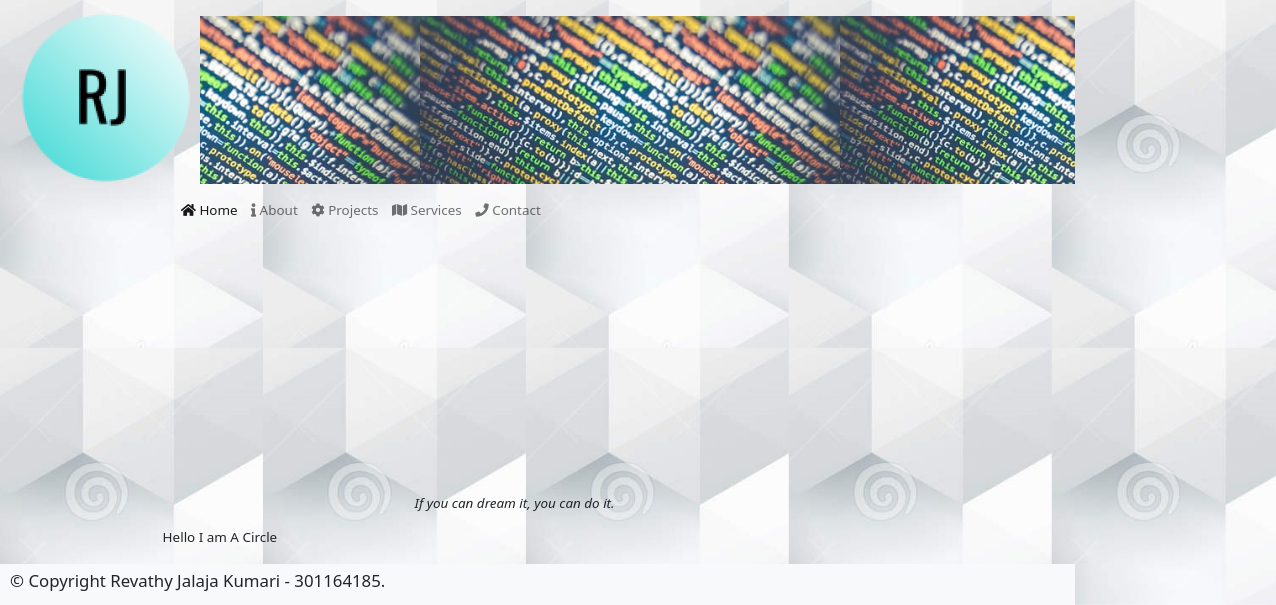
Repository: RevathyJK/Portfolio
Page: http://localhost/
The author's editor kept a copy of each file at every save. The page is drawn from the files as they stood at one save, then again after the next save.
The browser window is 1280 px wide. The page is 1519 px wide, so the pictures cover 1519 px, including what lies to the right of the window. The pictures show the whole page, at 84% of full size.
Backgrounds fixed to the window are drawn as part of the page. The page is served by the project's Node server (server.js).

Above is the page before, as saved 2021-10-01 18:09:45.

After the next save:
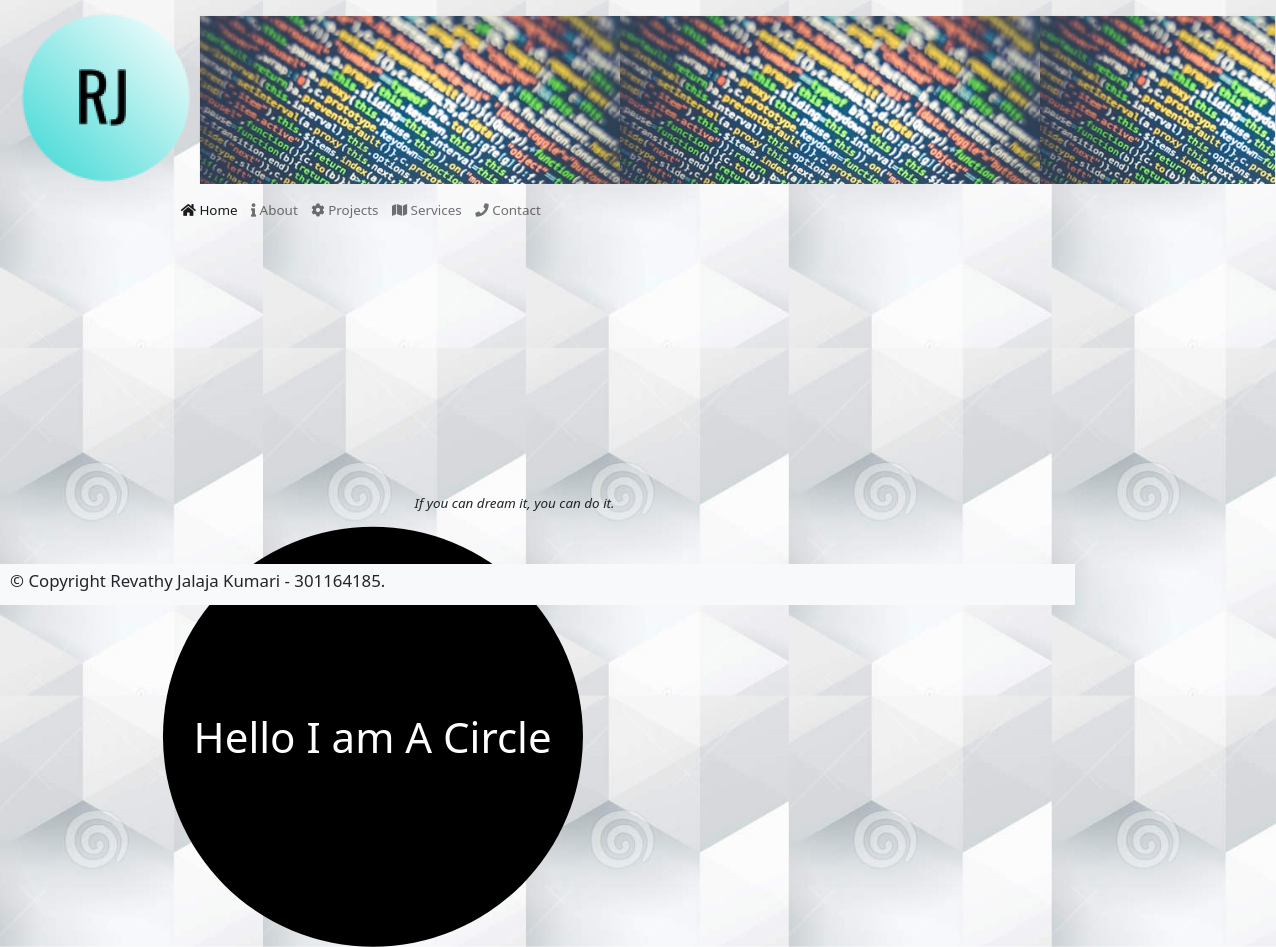
Saved 14 s later.
--- a/Client/Content/app.css
+++ b/Client/Content/app.css
@@ -88,3 +88,15 @@
       padding-top: 300px;
 
   }
+
+
+  .circle {
+    width: 500px;
+    height: 500px;
+    line-height: 500px;
+    border-radius: 50%;
+    font-size: 50px;
+    color: #fff;
+    text-align: center;
+    background: #000
+  }
